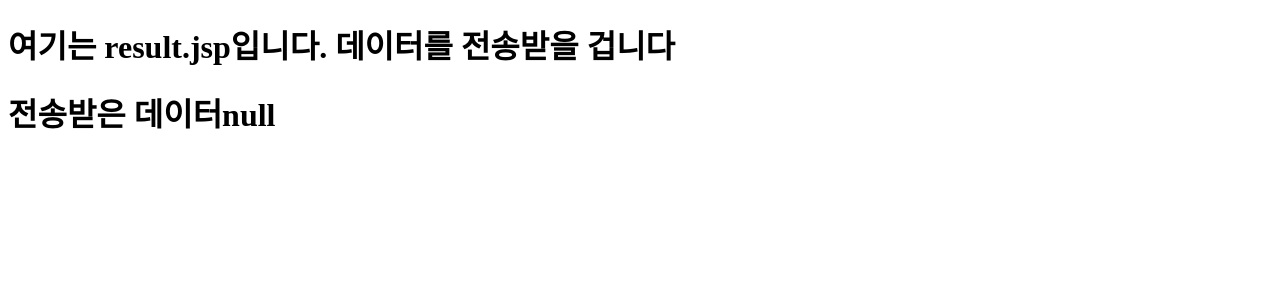
Repository: dychung1021/newrepository
Page: http://localhost/JSP03/result.jsp
These files come from the project's save history. The page is drawn as it stood at one moment and after a run of saves; the edit follows.
The browser window is 1280 px wide. The pictures show the whole page.
The page is served by Tomcat 9.

Above is the page before, as saved 2024-05-10 00:55:44.

### JSP/JSP03/src/main/webapp/result.jsp
<%@ page language="java" contentType="text/html; charset=utf-8"
    pageEncoding="utf-8"%>
<!DOCTYPE html>
<html>
<head>
<meta charset="utf-8">
<title>Data를 전송받는 페이지</title>
</head>
<body>
	<h1>여기는 result.jsp입니다. 데이터를 전송받을 겁니다</h1>
	<%
	String A=request.getParameter("test");
	%>
	<!-- request라는 객체에 있는 key값에 해당하는 value값을 전송 request매우 중요-->
	<!-- 서버측에 클라이언트가 접속을 요청할 때 전송되는 데이터를 담는 부분 -->
	<h1>전송받은 데이터<%=A %></h1>
</body>
</html>

After the next 2 saves:
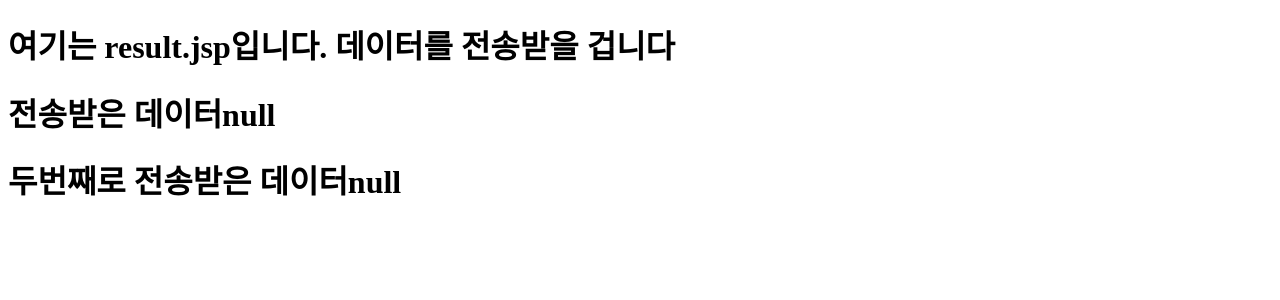
The 2 saves are shown as one change because 1 did not build or start.
The last was saved 3 min 15 s later.
--- a/JSP/JSP03/src/main/webapp/result.jsp
+++ b/JSP/JSP03/src/main/webapp/result.jsp
@@ -10,9 +10,11 @@
 	<h1>여기는 result.jsp입니다. 데이터를 전송받을 겁니다</h1>
 	<%
 	String A=request.getParameter("test");
+	String B=request.getParameter("num");
 	%>
 	<!-- request라는 객체에 있는 key값에 해당하는 value값을 전송 request매우 중요-->
 	<!-- 서버측에 클라이언트가 접속을 요청할 때 전송되는 데이터를 담는 부분 -->
 	<h1>전송받은 데이터<%=A %></h1>
+	<h1>두번째로 전송받은 데이터<%=B %></h1>
 </body>
 </html>
